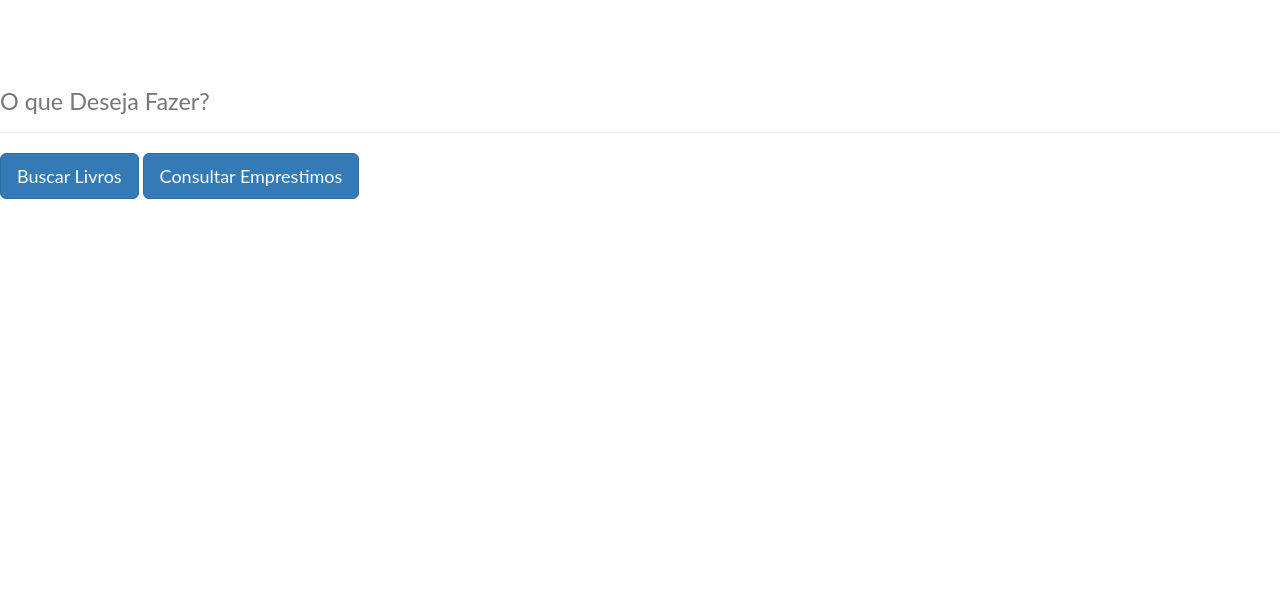
Repository: stefanyco/biblioteca
Page: http://localhost/Biblioteca/acoesUsuarios.jsp
These files come from the project's save history. The page is drawn as it stood at one moment and after the next save; the edit follows.
The browser window is 1280 px wide. The pictures show the whole page.
The page is served by Tomcat 9. Other server files are loaded and not shown.

Above is the page before, as saved 2016-11-07 23:59:25.

### Sistema Biblioteca/Biblioteca/WebContent/acoesUsuarios.jsp
<%@ page language="java" contentType="text/html; charset=ISO-8859-1"
    pageEncoding="ISO-8859-1"%>
<!DOCTYPE html PUBLIC "-//W3C//DTD HTML 4.01 Transitional//EN" "http://www.w3.org/TR/html4/loose.dtd">
<html>
<head>
	<meta content="width=device-width, initial-scale=1.0">
	<meta http-equiv="Content-Type" content="text/html; charset=ISO-8859-1">
	<link href="bootstrap.min.css" rel="stylesheet"  media="screen" />
	<link href="estilo.css" rel="stylesheet">
	<title>Gerenciamento</title>
</head>
<body>

	<div class="page-header">
		<h1>
			<small>O que Deseja Fazer?</small>
		</h1>

	</div>
	<a href="editoraAdicionar.jsp" class="btn btn-primary btn-lg">Buscar Livros</a>
	<a href="autorAdicionar.jsp" class="btn btn-primary btn-lg">Consultar Emprestimos</a>


</body>
</html>

### Sistema Biblioteca/Biblioteca/WebContent/estilo.css
* {
    font-family: 'Lato', sans-serif;
    font-weight: 300;
}

body {
    padding-top: 50px;
}

section {
    padding-top: 25px;
    padding-bottom: 15px;
    min-height: 100vh;
}

section#contato {
    min-height: 80vh;
}

footer {
    padding-top: 30px;
    padding-bottom: 30px;
    background: url(../imgs/bgslider.png);
}

img.grayscale {
  filter: url("data:[embedded picture, 244 characters]"); /* Firefox 3.5+ */
  filter: gray; /* IE6-9 */
  -webkit-filter: grayscale(100%); /* Chrome 19+ & Safari 6+ */
}

img.grayscale:hover {
  filter: none;
  -webkit-filter: grayscale(0%);
}

.navbar-brand {
   font-weight: 700;
}

.divslider {
    padding-top: 15px;
    padding-bottom: 15px;
    background: url(../imgs/bgslider.png);
}

.div_colorida {
    background: url(../imgs/bgslider.png);
}

.servicos_item * {
    text-align: center;
}

.servicos_item h4 {
    margin-top: 30px;
    font-size: 25px;
}

.servicos_btn_todososservicos {
    margin-top: 25px;
}

.portfolio_item {
    background: white;
}

.portfolio_row {
    margin-bottom: 20px;
}

.portfolio_row:last-child {
    margin-bottom: 0px;
}

.portfolio_item h4 {
    text-align: center;
    margin-top: 20px;
    padding-bottom: 20px;
}

.contato textarea {
    height: 170px;
}

.contato .aviso {
   padding: 15px;
}

.section_interna {
    padding-top: 0px;
}

.form-login {
    max-width: 350px;
    margin-left: auto;
    margin-right: auto;
    padding: 10px;
    border-radius: 10px;
    background: #eee;
}

.form-login input {
    margin-bottom: 10px;
}

.panel {
    margin-bottom: 2px;
}

.conteudo_painel {
    background: white;
    border-radius:8px;
    border:1px solid #eee;
    box-shadow: 2px 2px 5px #888;
}

.conteudo_painel_int {
    padding: 12px;
}

### Sistema Biblioteca/Biblioteca/WebContent/cabecalho.jsp
<%@ page language="java" contentType="text/html; charset=ISO-8859-1"
	pageEncoding="ISO-8859-1"%>
<!DOCTYPE html PUBLIC "-//W3C//DTD HTML 4.01 Transitional//EN" "http://www.w3.org/TR/html4/loose.dtd">
<html>
<head>
<meta http-equiv="Content-Type" content="text/html; charset=ISO-8859-1">
<link href="bootstrap.min.css" rel="stylesheet">
</head>
<body>

	<div class="container">

		<!-- Static navbar -->
		<nav class="navbar navbar-default">
		<div class="container-fluid">
			<div class="navbar-header">
				<a class="navbar-brand" href="#">Library</a>
			</div>
			<div id="navbar" class="navbar-collapse collapse">
				<ul class="nav navbar-nav">
					<li class="active"><a href="#">Home</a></li>
				</ul>
				<ul class="nav navbar-nav navbar-right">
					<li><a href="login.jsp">Login</a></li>
					<li><a href="contato.jsp">Fale Conosco</a></li>
				</ul>
			</div>
			<!--/.nav-collapse -->
		</div>
		<!--/.container-fluid --> </nav>

		<!-- Main component for a primary marketing message or call to action -->
		<div class="jumbotron">
			<h1>Biblioteca Online</h1>
			<p>This example is a quick exercise to illustrate how the
				default, static navbar and fixed to top navbar work. It includes the
				responsive CSS and HTML, so it also adapts to your viewport and
				device.</p>
		</div>

	</div>
	<!-- /container -->

</body>
</html>

Loaded but not shown: Sistema Biblioteca/Biblioteca/WebContent/bootstrap.min.css (library)

After the next save:
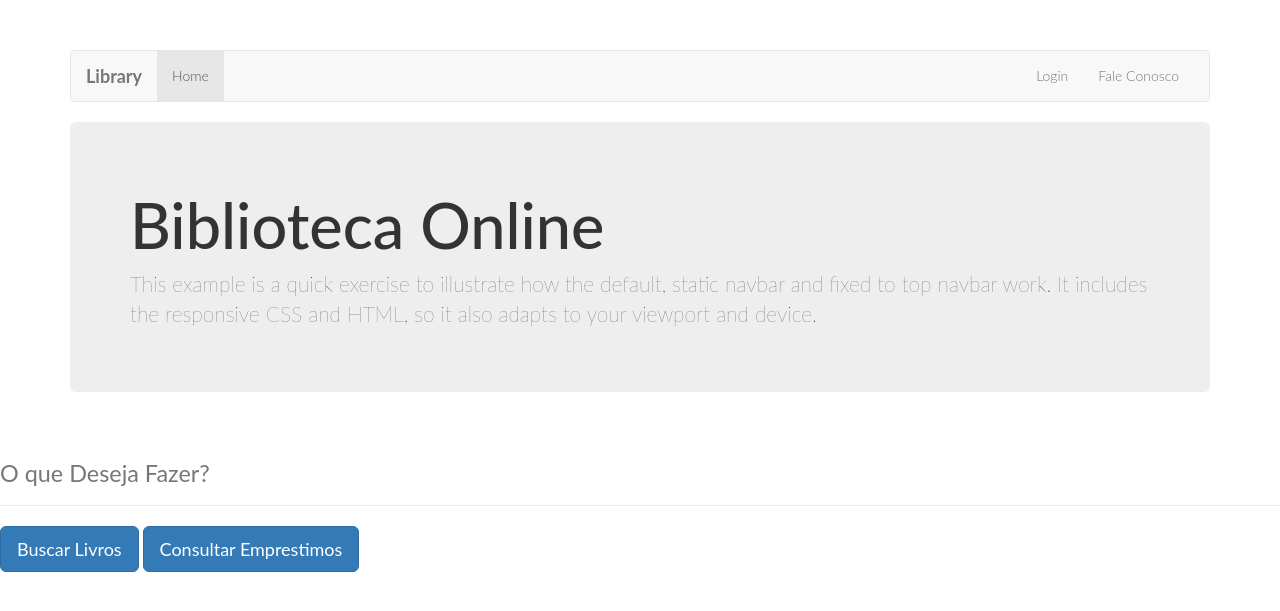
Saved 15 s later.
--- a/Sistema Biblioteca/Biblioteca/WebContent/acoesUsuarios.jsp
+++ b/Sistema Biblioteca/Biblioteca/WebContent/acoesUsuarios.jsp
@@ -10,6 +10,7 @@
 	<title>Gerenciamento</title>
 </head>
 <body>
+	<jsp:include page="cabecalho.jsp" />
 
 	<div class="page-header">
 		<h1>
